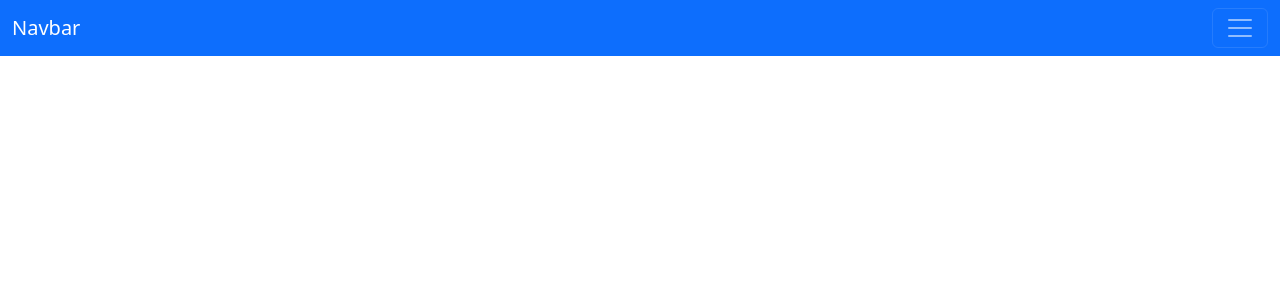
Repository: leosulzbach/Aula
Page: Bootstrap/bootstrap.html
An editor plug-in stored every save of this project. The page is shown before and after the next save, followed by the edit.
The browser window is 1280 px wide. The pictures show the whole page.

Above is the page before, as saved 2022-05-26 13:46:02.

After the next save:
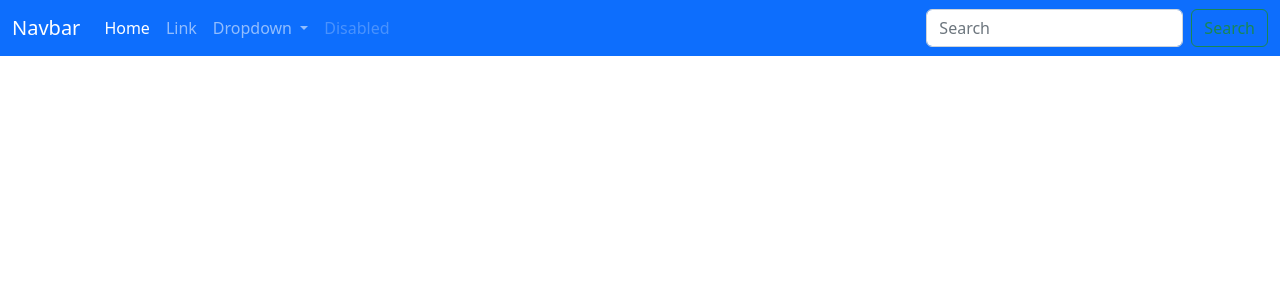
Saved 18 s later.
--- a/Bootstrap/bootstrap.html
+++ b/Bootstrap/bootstrap.html
@@ -9,7 +9,7 @@
     <title>Bootstrap</title>
 </head>
 <body>
-    <nav class="navbar navbar-dark bg-primary">
+    <nav class="navbar navbar-expand-lg navbar-dark bg-primary">
         <div class="container-fluid">
           <a class="navbar-brand" href="#">Navbar</a>
           <button class="navbar-toggler" type="button" data-bs-toggle="collapse" data-bs-target="#navbarSupportedContent" aria-controls="navbarSupportedContent" aria-expanded="false" aria-label="Toggle navigation">
